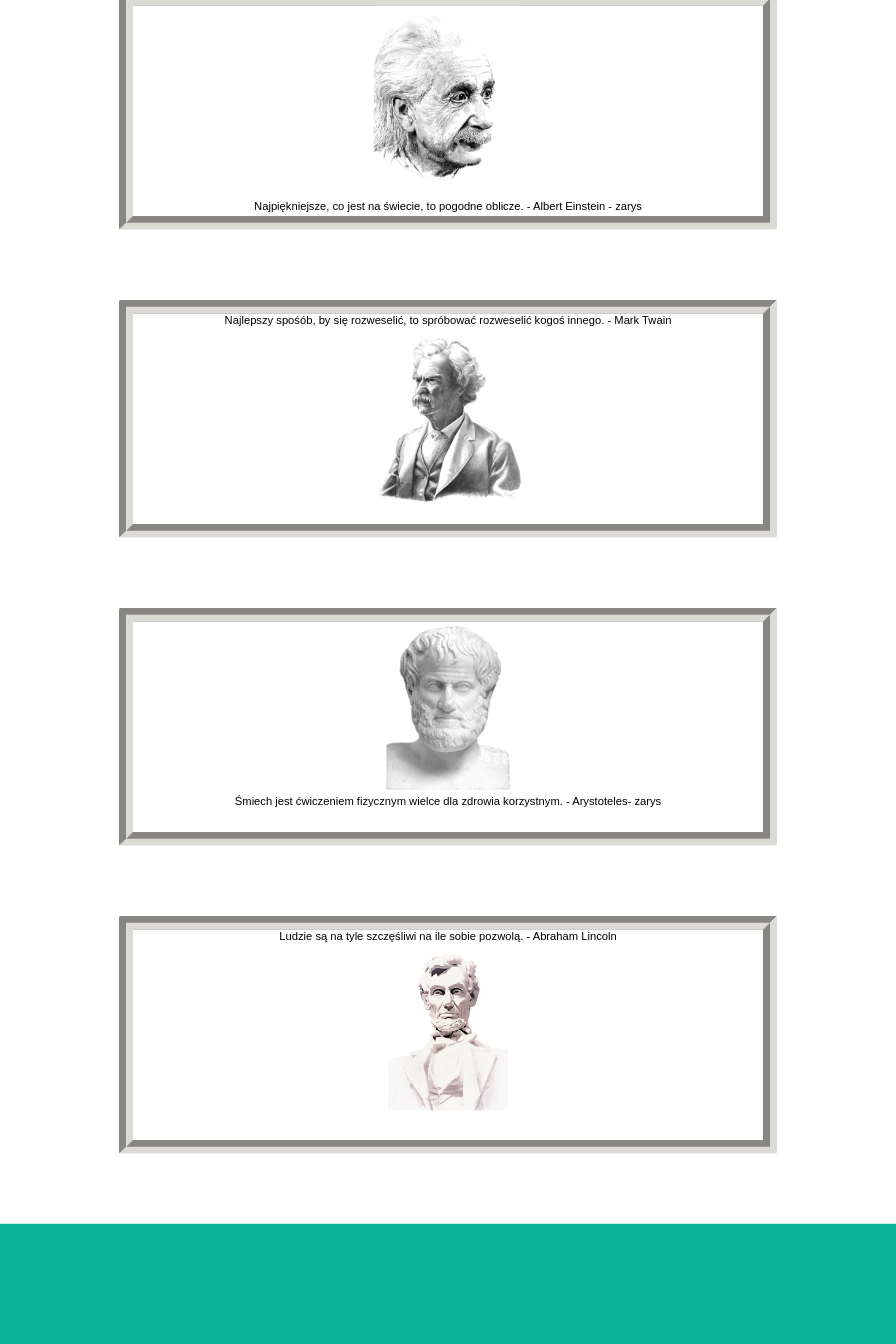
Repository: addstaw/moja-strona
Page: index.html
These files come from the project's save history. The page is drawn as it stood at one moment and after the next save; the edit follows.
The browser window is 1280 px wide. The pictures show the part of the page from y = 1346 to 3266 px (the page is 3594 px tall), at 70% of full size.
Some web fonts or font styles are not loaded; a fallback is used.

Above is the page before, as saved 2020-05-19 10:06:40.

After the next save:
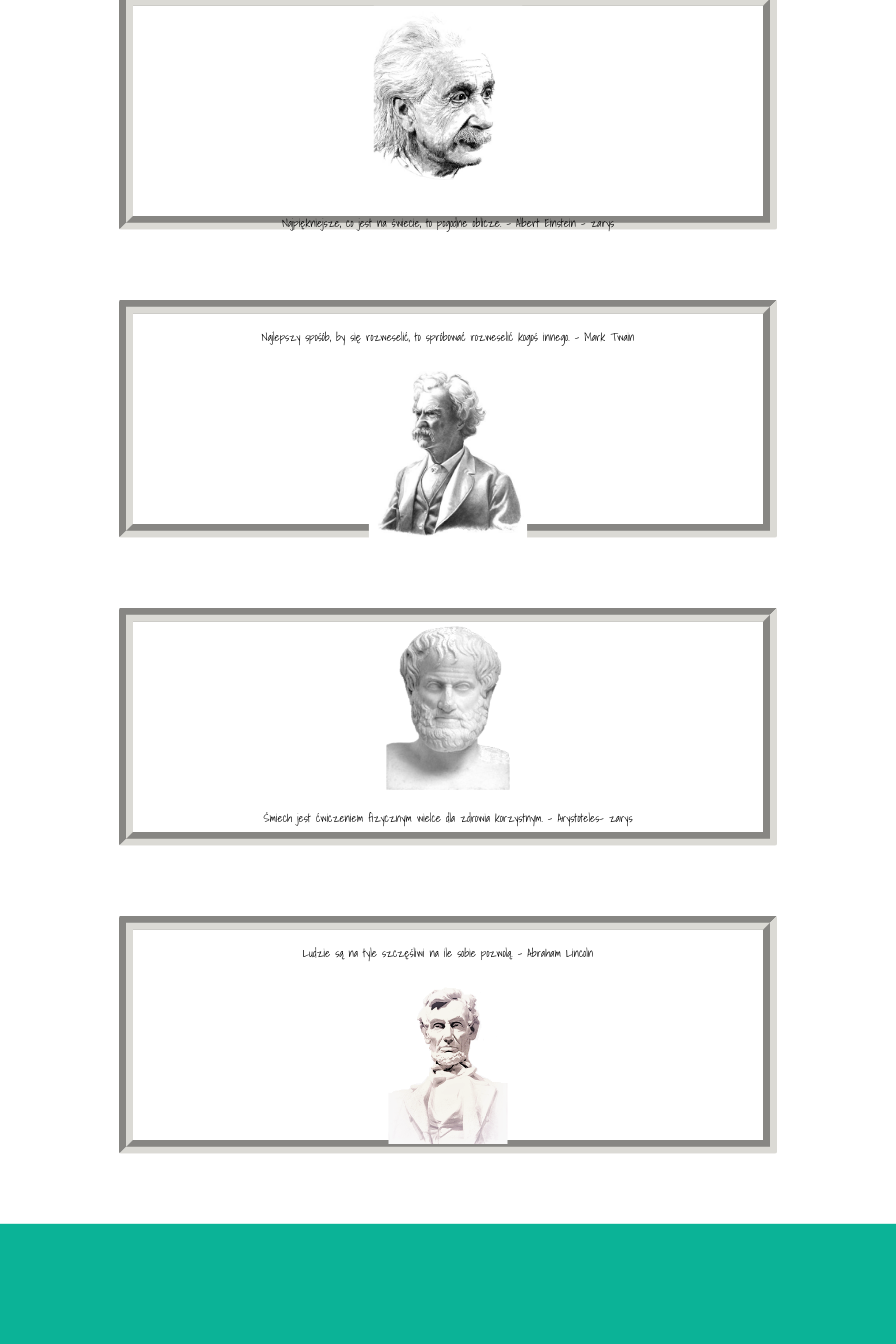
Saved 59 s later.
--- a/css/style7.css
+++ b/css/style7.css
@@ -82,6 +82,10 @@
         border-radius: 3px;
         font-family: 'Shadows Into Light', cursive;
     }
+        .quote{
+            font-family: 'Shadows Into Light', cursive;
+            padding: 20px;
+        }
 #footer{
     height: 500px;
     background-color: #0bb397;
